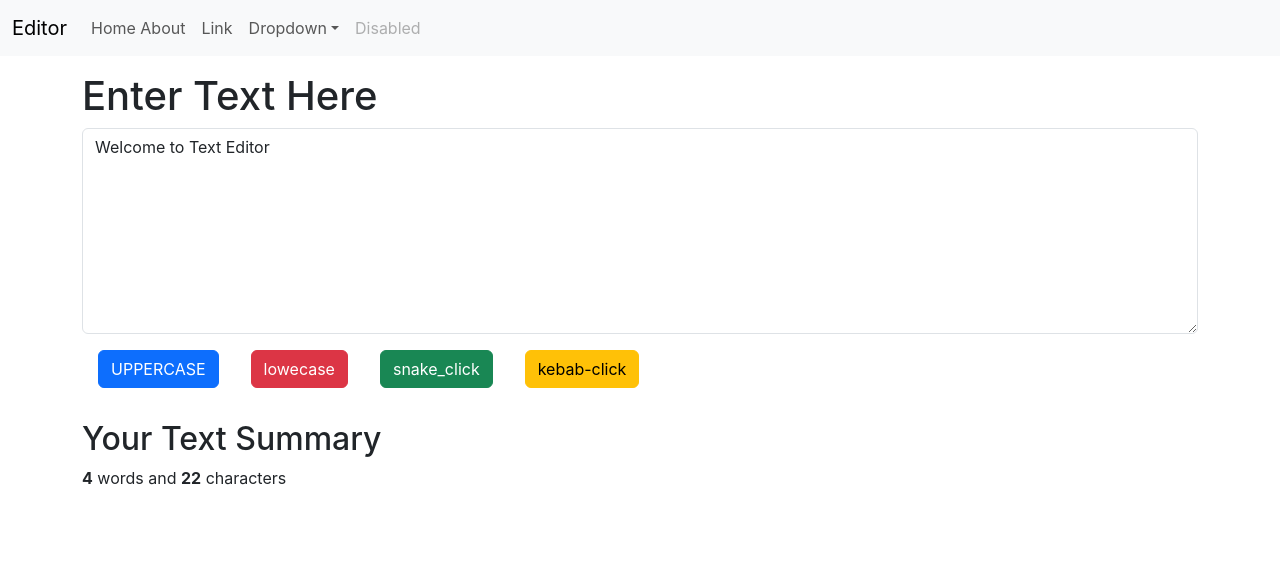
Repository: Shubham-tawar/Text-editor
Page: /
These files come from the project's save history. The page is drawn as it stood at one moment and after a run of saves; the edit follows.
The browser window is 1280 px wide. The pictures show the whole page.
The project was rebuilt for these pictures with package versions that can differ from the ones it lists, and the page was loaded fresh each time. Also part of the build but not shown: src/App.css.

Above is the page before, as saved 2025-07-07 16:44:06.

After the next 5 saves:
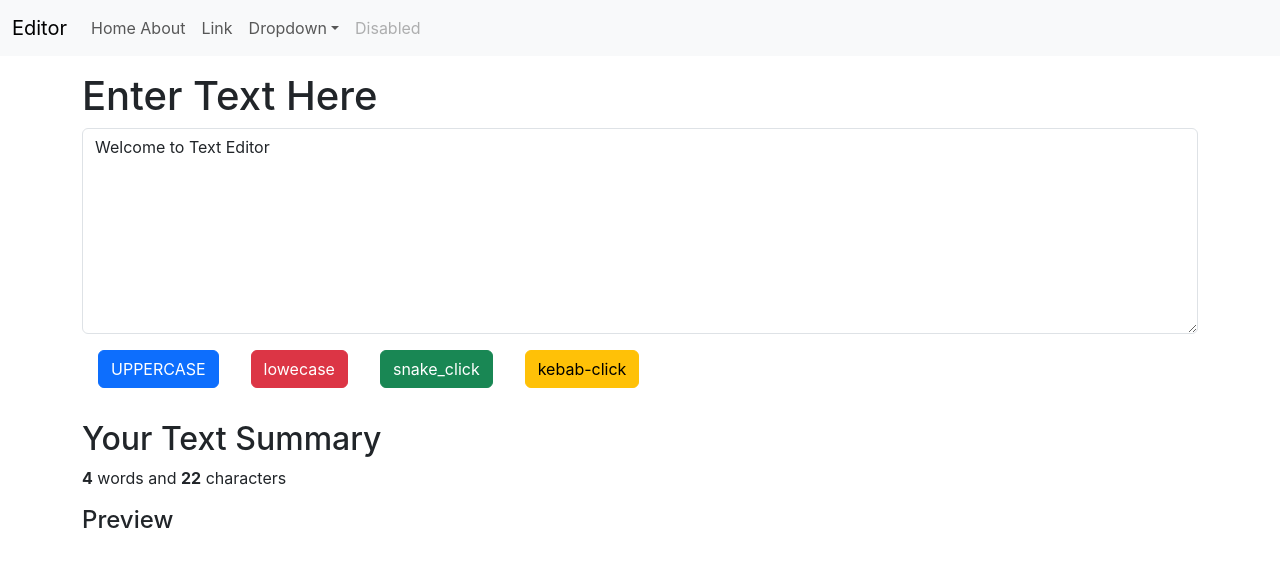
The 5 saves are shown as one change because 2 did not build or start and some came seconds apart.
The last was saved 37 s later.
--- a/src/components/Textform.js
+++ b/src/components/Textform.js
@@ -46,6 +46,8 @@ export default function Textform(props) {
         <div className="container">
             <h2>Your Text Summary</h2>
             <p><b>{text.split(' ').length}</b> words and <b>{text.length}</b> characters</p>
+            <h4>Preview</h4>
+
         </div>
 
         </>
